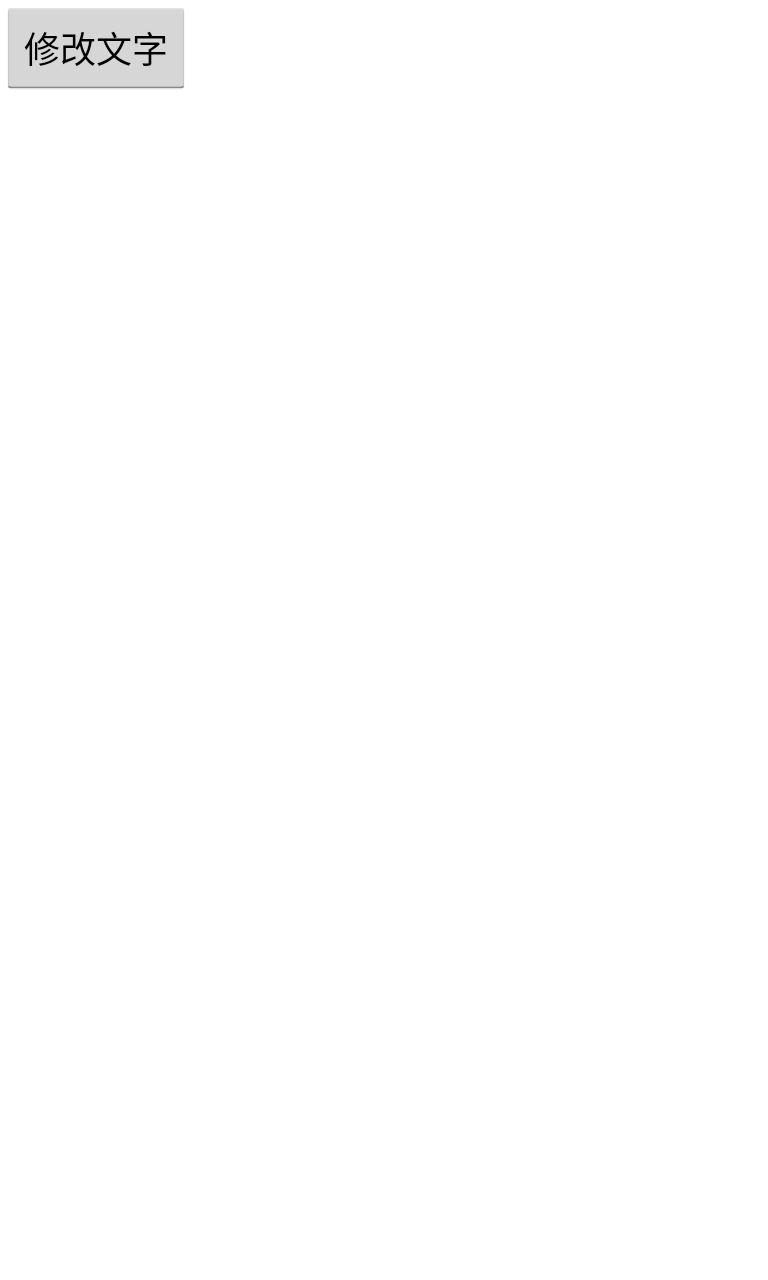
Repository: nickof/study
Layout: Android/itheima/day15fragment/代码/Day15_06_fragment通信/res/layout/fragment_left.xml
An editor plug-in stored every save of this project. The layout is shown before and after the next save, followed by the edit.
It is drawn on a 768 x 1280 px phone screen (xhdpi) without system bars, with theme AppTheme; the app's code is not run.

Above is the layout before, as saved 2016-09-26 03:53:50.

After the next save:
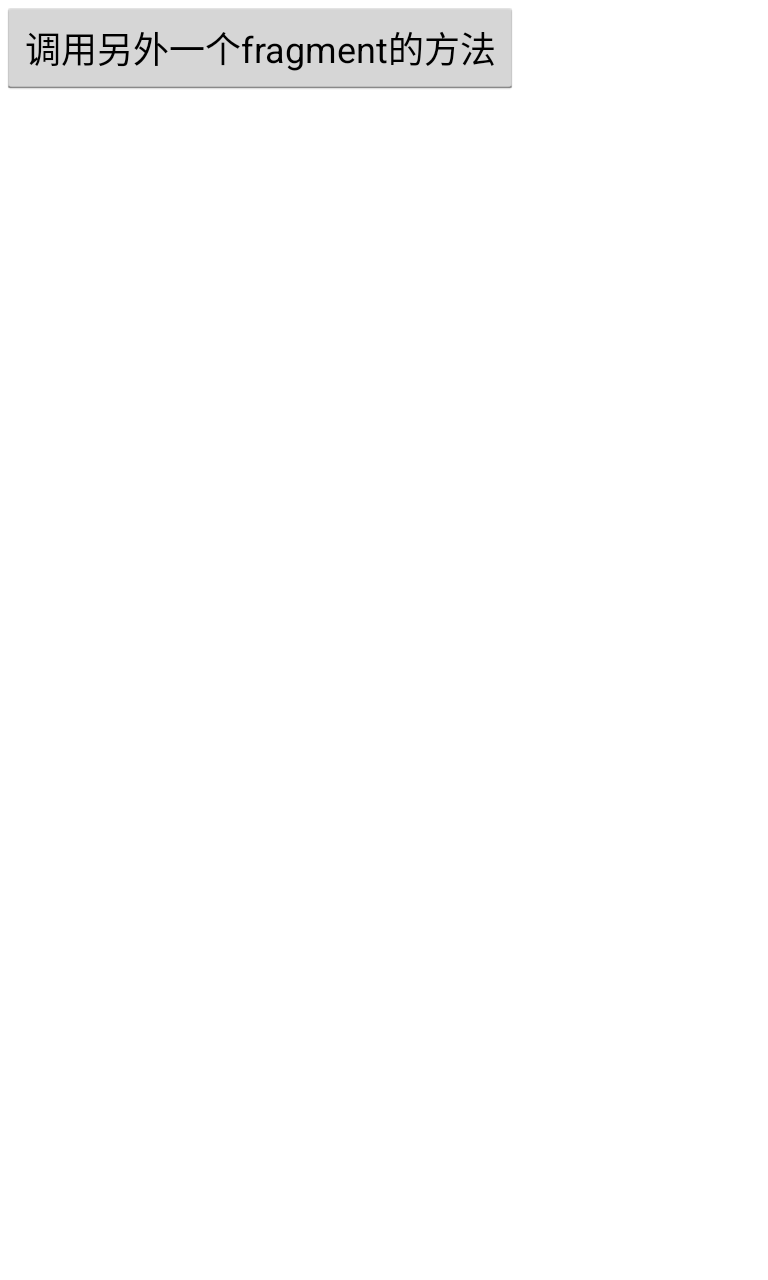
Saved 11 s later.
--- a/Android/itheima/day15fragment/代码/Day15_06_fragment通信/res/layout/fragment_left.xml
+++ b/Android/itheima/day15fragment/代码/Day15_06_fragment通信/res/layout/fragment_left.xml
@@ -9,7 +9,7 @@
         android:id="@+id/btn_call"
         android:layout_width="wrap_content"
         android:layout_height="wrap_content"
-        android:text="修改文字"
+        android:text="调用另外一个fragment的方法"
         android:onClick="change"/>
 
 </LinearLayout>
